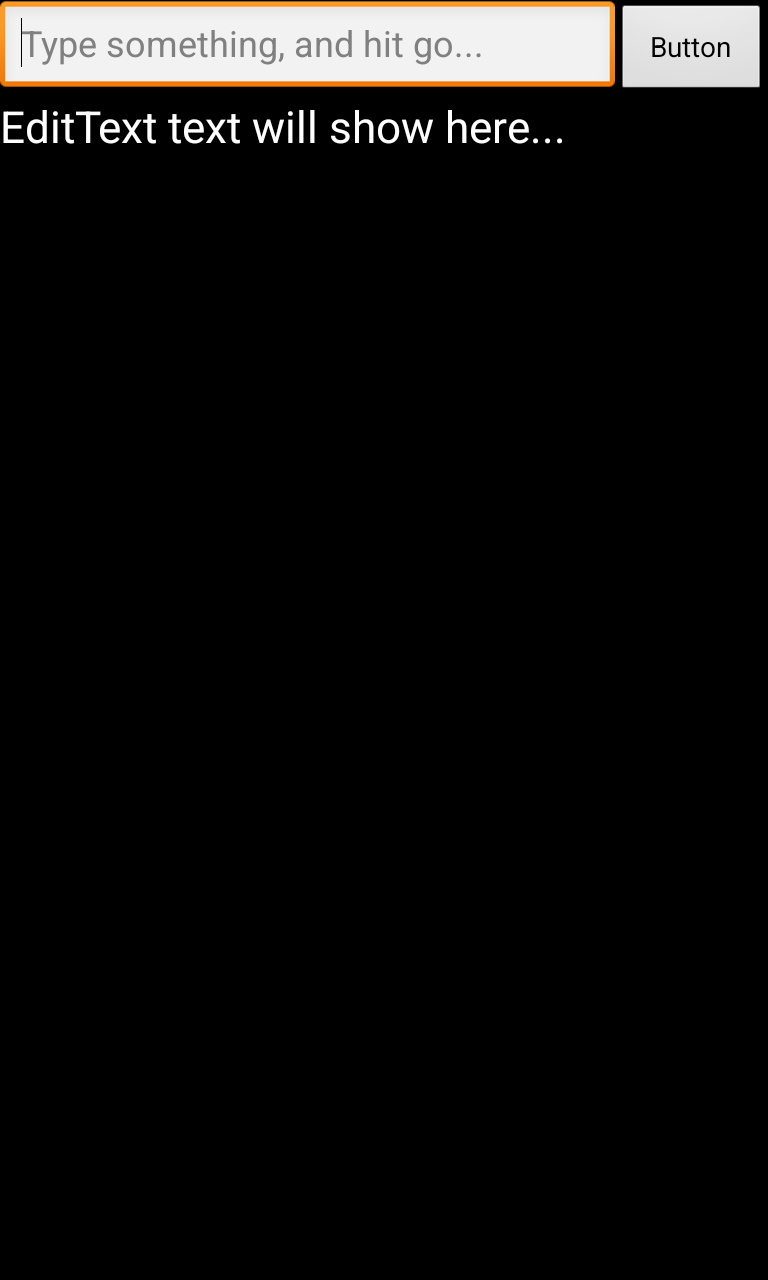
Repository: pazuzu156/KKAndroid
Layout: InitialRepoApp/res/layout/main.xml
The author's editor kept a copy of each file at every save. The layout is drawn from the files as they stood at one save, then again after the next save.
It is drawn on a 768 x 1280 px phone screen (xhdpi) without system bars, with theme android:Theme; the app's code is not run.

Above is the layout before, as saved 2012-06-17 06:08:37.

After the next save:
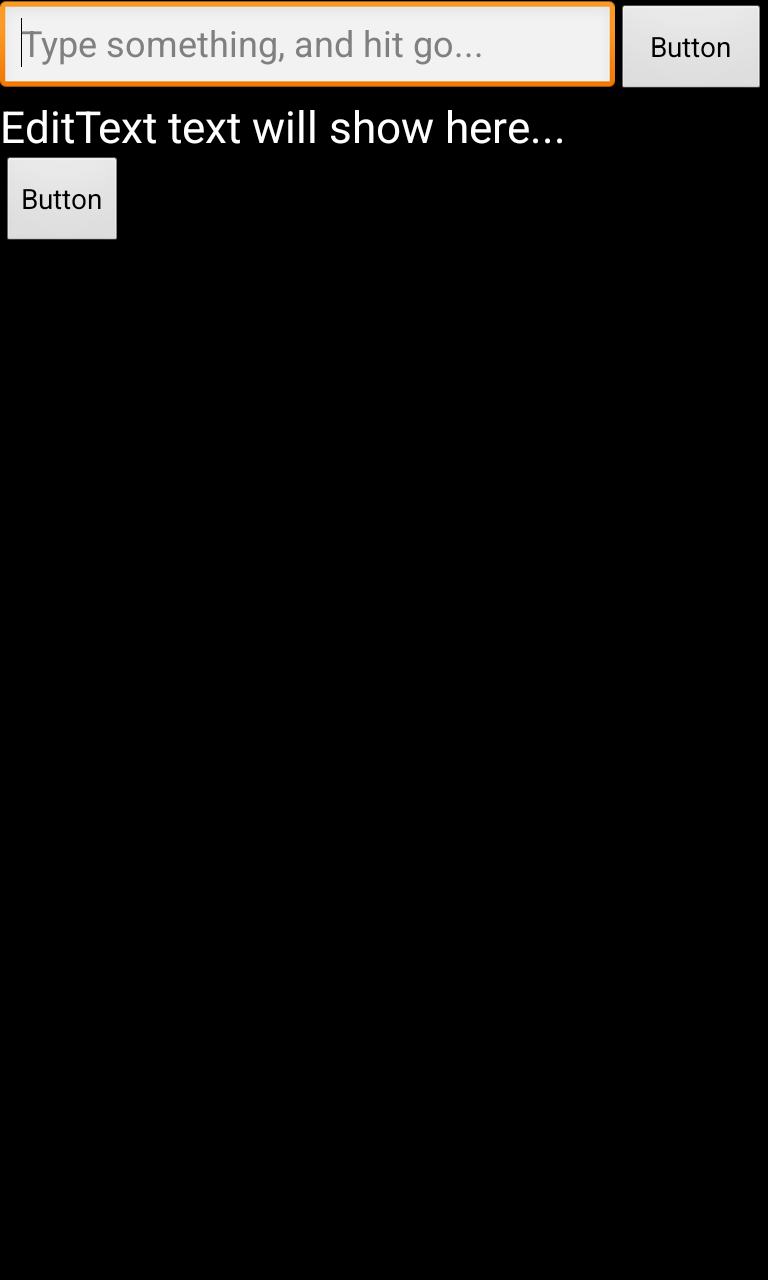
Saved 23 s later.
--- a/InitialRepoApp/res/layout/main.xml
+++ b/InitialRepoApp/res/layout/main.xml
@@ -35,4 +35,10 @@
         android:text="EditText text will show here..."
         android:textAppearance="?android:attr/textAppearanceLarge" />
 
+    <Button
+        android:id="@+id/bye"
+        android:layout_width="wrap_content"
+        android:layout_height="wrap_content"
+        android:text="Button" />
+
 </LinearLayout>
